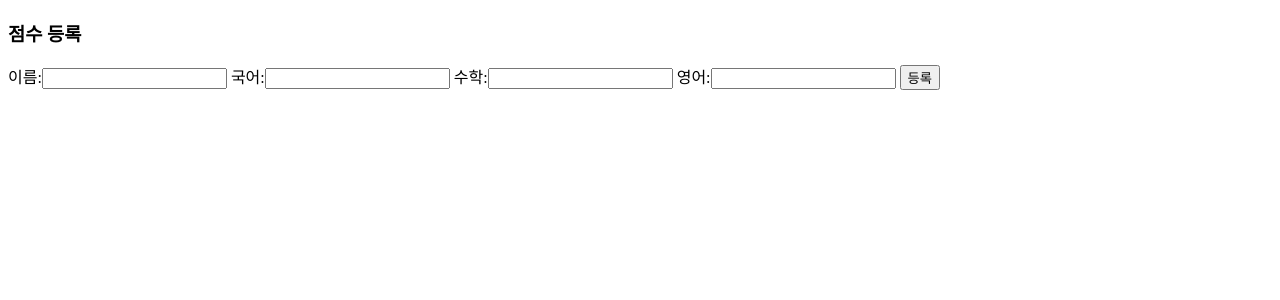
Repository: kohyeonjin/spring
Page: http://localhost/SpringBasic/score/scoreRegist
An editor plug-in stored every save of this project. The page is shown before and after the next save, followed by the edit.
The browser window is 1280 px wide. The pictures show the whole page.
The page is served by Tomcat 9. Other server files are loaded and not shown.

Above is the page before, as saved 2024-02-22 05:45:54.

### SpringBasic/src/main/webapp/WEB-INF/views/score/scoreRegist.jsp
<%@ page language="java" contentType="text/html; charset=UTF-8"
    pageEncoding="UTF-8"%>
<!DOCTYPE html>
<html>
<head>
<meta charset="UTF-8">
<title>Insert title here</title>
</head>
<body>
	<h3>점수 등록</h3>
	<form>
	이름:<input type="text" name="name">
	국어:<input type="number" name="kor">
	수학:<input type="number" name="eng">
	영어:<input type="number" name="math">
	<input type="submit" value="등록">
	</form>

</body>
</html>

After the next save:
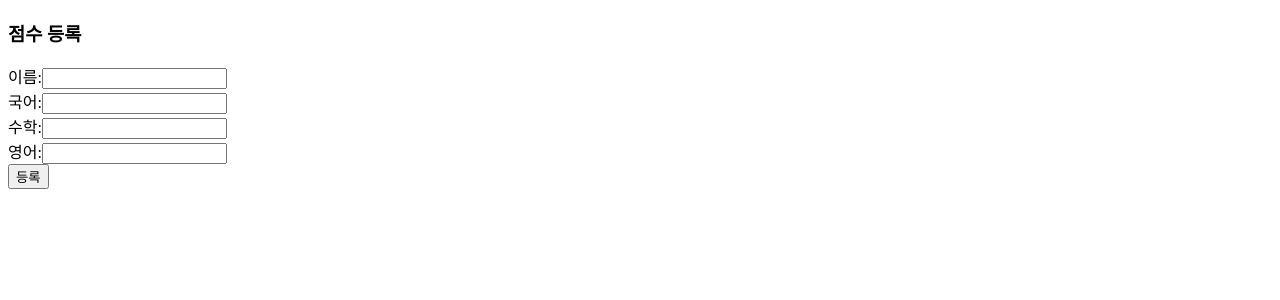
Saved 42 s later.
--- a/SpringBasic/src/main/webapp/WEB-INF/views/score/scoreRegist.jsp
+++ b/SpringBasic/src/main/webapp/WEB-INF/views/score/scoreRegist.jsp
@@ -9,10 +9,10 @@
 <body>
 	<h3>점수 등록</h3>
 	<form>
-	이름:<input type="text" name="name">
-	국어:<input type="number" name="kor">
-	수학:<input type="number" name="eng">
-	영어:<input type="number" name="math">
+	이름:<input type="text" name="name"><br/>
+	국어:<input type="number" name="kor"><br/>
+	수학:<input type="number" name="eng"><br/>
+	영어:<input type="number" name="math"><br/>
 	<input type="submit" value="등록">
 	</form>
 
